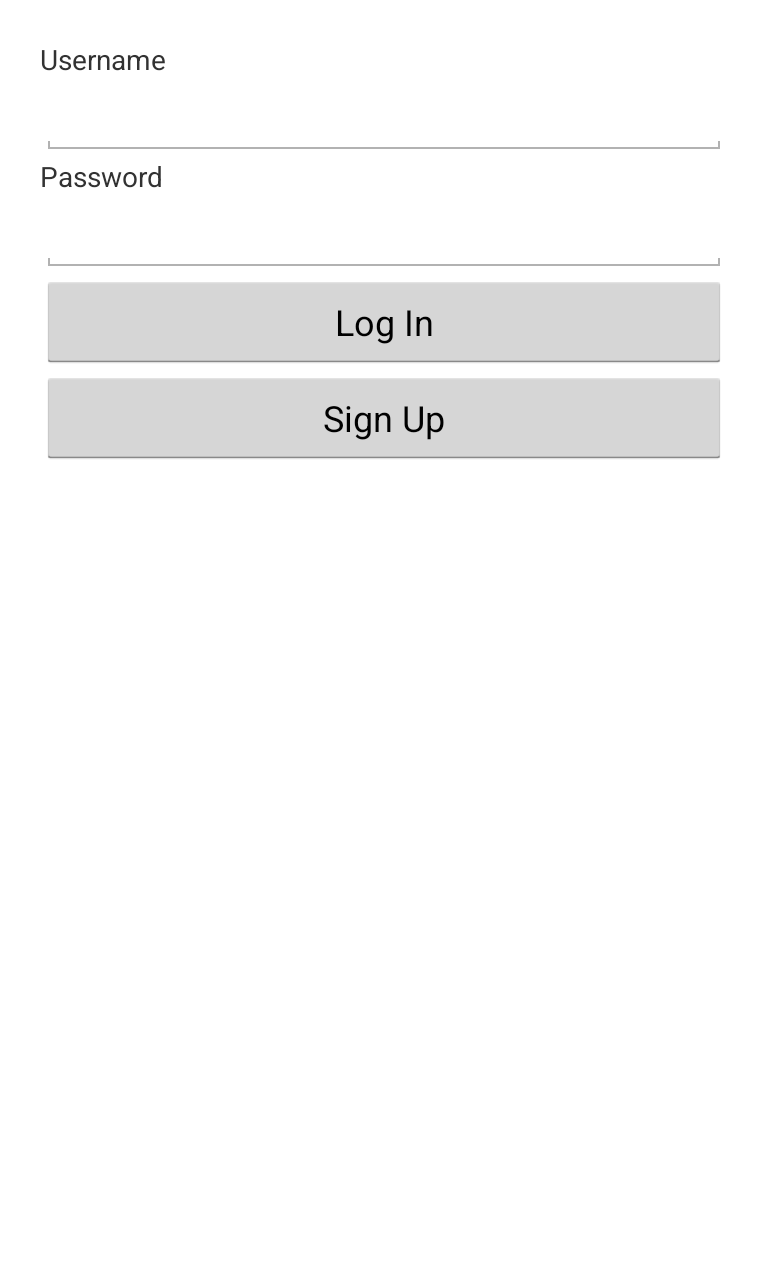
Repository: efreestone/CPM_Freestone
Layout: Project1Android/res/layout/activity_login.xml
An editor plug-in stored every save of this project. The layout is shown before and after the next save, followed by the edit.
It is drawn on a 768 x 1280 px phone screen (xhdpi) without system bars, with theme AppTheme; the app's code is not run.

Above is the layout before, as saved 2014-10-02 00:59:03.

After the next save:
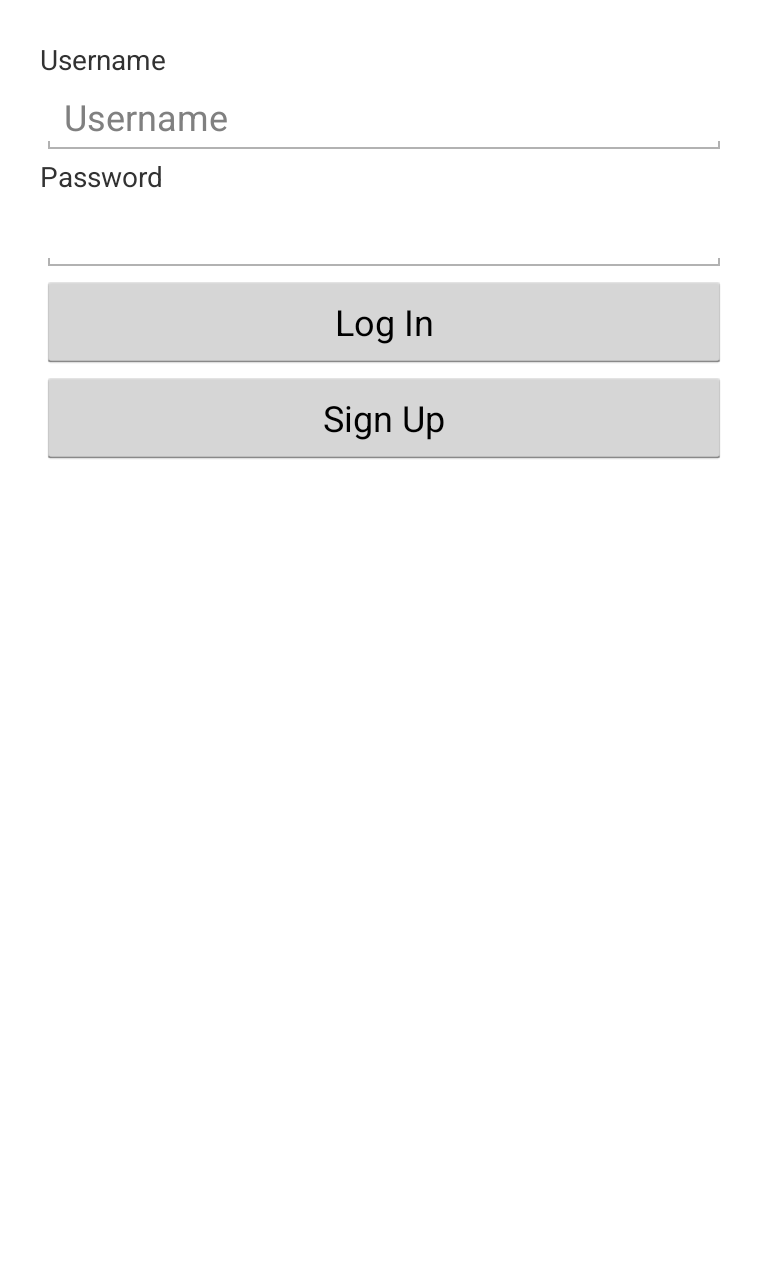
Saved 32 s later.
--- a/Project1Android/res/layout/activity_login.xml
+++ b/Project1Android/res/layout/activity_login.xml
@@ -15,6 +15,7 @@
         android:layout_width="fill_parent"
         android:layout_height="wrap_content"
         android:layout_below="@id/usernameTitle"
+        android:hint="@string/usernameTitleText"
         android:inputType="text" />
 
     <TextView
